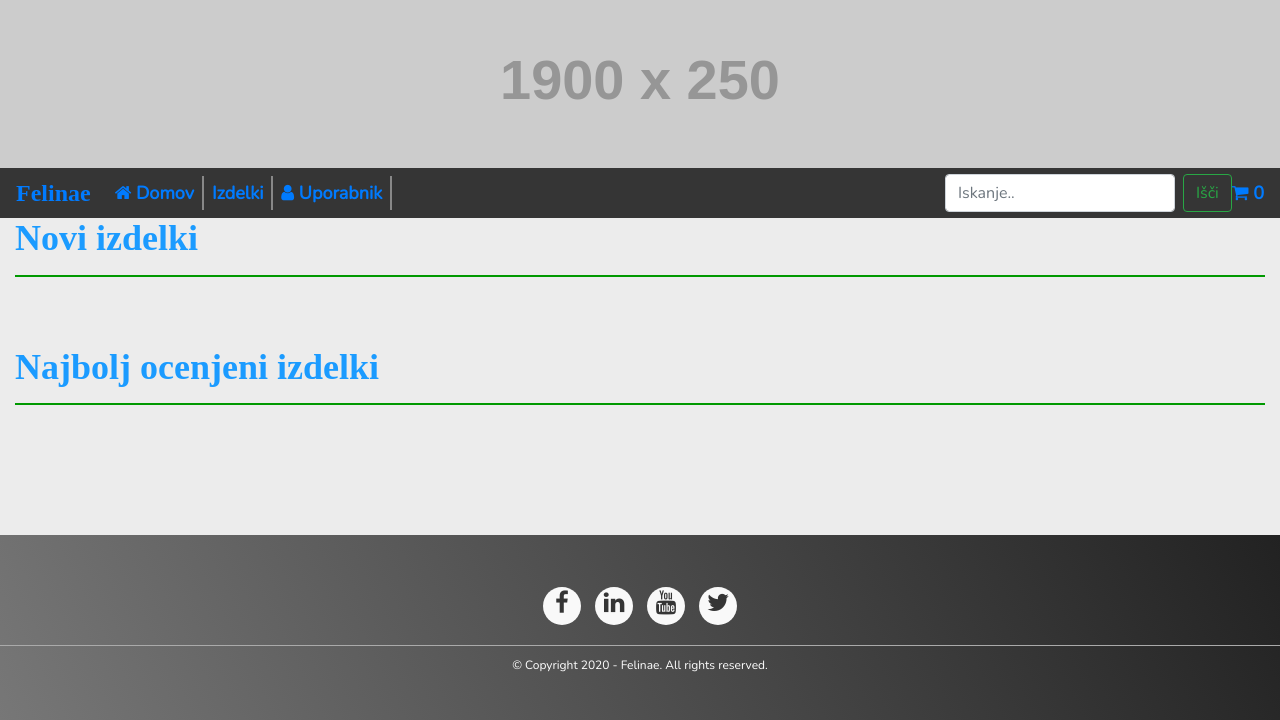
Repository: UrbyK/Felinae
Page: http://localhost/
An editor plug-in stored every save of this project. The page is shown before and after the next save, followed by the edit.
The browser window is 1280 px wide. The pictures show the whole page.
Some web fonts or font styles are not loaded; a fallback is used. The page is run by PHP 8.4 with error messages shown; the project is at /var/www/html/. Queries for data that is not in the repository find no rows.

Above is the page before, as saved 2020-09-14 19:21:28.

### index.php
<?php
    session_start();

    include './functions.php';

    $pdo = pdo_connect_mysql();

    $_GET   = filter_input_array(INPUT_GET, FILTER_SANITIZE_STRING);
    $_POST  = filter_input_array(INPUT_POST, FILTER_SANITIZE_STRING);

    $page = isset($_GET['page']) && file_exists($_GET['page']. '.php') ? $_GET['page'] : 'home';
    include $page . '.php';

    // @todo will fix later
    template_footer();

?>

### functions.php
<?php
    include './src/inc/dbh.inc.php';

    include_once('./src/inc/search-functions.php');
    include_once('./src/inc/picture-upload.inc.php');
    require_once('./products-form.php');


    /*function template_products($products) {
        require_once('./products-form.php');
    }*/

    function template_header($title) {
        include_once('./header.php');
    }

    function template_footer() {
        include_once './footer.php';
    }

    function user_login_status() {
        if(isset($_SESSION['logged_in']) && !empty($_SESSION['logged_in'])
                && isset($_SESSION['user_id']) && !empty($_SESSION['user_id'])) {
            return true;
        }
        return false;
    }

    function is_admin() {
        if(isset($_SESSION['admin']) && !empty($_SESSION['admin'])) {
            return true;
        }
    }

    function countries() {
        $pdo = pdo_connect_mysql();
        $stmt = $pdo->prepare("SELECT * FROM country");
        $stmt->execute();
        $result = $stmt->fetchAll(PDO::FETCH_ASSOC);
        return $result;
    }

    function slugify($string) {
        return strtolower(trim(preg_replace('/[^A-Za-z0-9-]+/', '-', $string), '-'));
    }

    function get_image($product_id) {
        $pdo = pdo_connect_mysql();
        $stmt = $pdo->prepare("SELECT * FROM product_image WHERE product_id = ?");
        $stmt->execute([$product_id]);
        $result = $stmt->fetchAll(PDO::FETCH_ASSOC);
        return $result;
    }

    function retail_price($product_id) {
        $pdo = pdo_connect_mysql();
        $stmt = $pdo->prepare("SELECT * FROM product WHERE ID = ?");
        $stmt->execute([$product_id]);
        $product = $stmt->fetch();

        if($product['startsAt'] <= date('Y-m-d H:i:s') && date('Y-m-d H:i:s') <= $product['endsAt']){
            $retail_price = round($product['price']-($product['price']*($product['discount']/100)), 2);
        }
        else{
            $retail_price = $product['price'];
        }

        return $retail_price;

    }

    function get_review_by_procuct($product_id) {
        $pdo = pdo_connect_mysql();
        $query = "SELECT * FROM review WHERE product_id = ? ORDER BY id DESC";
        $stmt = $pdo->prepare($query);
        $stmt->execute([$product_id]);
        $reviews = $stmt->fetchAll(PDO::FETCH_ASSOC);
        return $reviews;
    }

    function get_username($account_id) {
        $pdo = pdo_connect_mysql();
        $query = "SELECT username FROM account WHERE id = ?";
        $stmt = $pdo->prepare($query);
        $stmt->execute([$account_id]);
        $user = $stmt->fetch();
        return $user;
    }

    function items_in_cart() {
        $items = $_SESSION['cart'];
        $num_of_items = 0;
        foreach($items as $item) {
            $num_of_items += $item[1];
        }
        return $num_of_items;
    }


    function average_rating($product_id) {
        $pdo = pdo_connect_mysql();
        $query  = "SELECT rating FROM review WHERE product_id = ?";
        $stmt = $pdo->prepare($query);
        $stmt->execute([$product_id]);
        $items = $stmt->fetchAll(PDO::FETCH_ASSOC);
        $i=0;
        $sum = 0;
        $average = 0;
        foreach($items as $item) {
            if($item['rating'] > 0){

                $i++;
                $sum += $item['rating'];
            }
        }
        if($i!=0) $average = $sum / $i;
        return $average;
    }


    function all_products(){
        $pdo = pdo_connect_mysql();
        $query = "SELECT * FROM product WHERE title LIKE '%?%'";
        $stmt = $pdo->prepare($query);
        $stmt->execute(['test']);
        $result = $stmt->fetchAll(PDO::FETCH_ASSOC);
        return $result;
    }

    function new_products(){
        $pdo = pdo_connect_mysql();
        $query ="SELECT * FROM product ORDER BY publishedAt DESC LIMIT 6";
        $stmt = $pdo->prepare($query);
        $stmt->execute();
        $result = $stmt->fetchAll(PDO::FETCH_ASSOC);
        return $result;
    }

    function best_rated(){
        $pdo = pdo_connect_mysql();
        $query ="SELECT avg(rating), product_id FROM review GROUP BY product_id ORDER BY avg(rating) DESC LIMIT 6";
        $stmt = $pdo->prepare($query);
        $stmt->execute();
        $result = $stmt->fetchAll(PDO::FETCH_ASSOC);
        return $result;
    }

    function get_product($id){
        $pdo = pdo_connect_mysql();
        $query ="SELECT * FROM product WHERE id = ?";
        $stmt = $pdo->prepare($query);
        $stmt->execute([$id]);
        $result = $stmt->fetchAll(PDO::FETCH_ASSOC);
        return $result;
    }

    function on_sale(){
        $pdo = pdo_connect_mysql();
        $query ="SELECT * FROM product WHERE ? BETWEEN startsAt AND endsAt;";
        $stmt = $pdo->prepare($query);
        $stmt->execute([date('Y-m-d H:i:s')]);
        $result = $stmt->fetchAll(PDO::FETCH_ASSOC);
        return $result;
    }




?>

### src/inc/dbh.inc.php
<?php
    function pdo_connect_mysql(){
        /* credentials */
        $dbHost = 'localhost';
        $dbUser = 'root';
        $dbPass = '';
        $dbName = 'felinae';

        try{
            return new PDO('mysql:host=' . $dbHost . ';dbname=' . $dbName . ';charset=utf8', $dbUser, $dbPass);
        } catch (PDOException $exception) {
            // If there is an error with the connection, stop the script and display the error.
            die ('Failed to connect to database!'. $exception->getMessage());
        }
    }
?>

### src/inc/search-functions.php
<?php
    function get_city($pdo, $city, $postalCode, $country_id){

        $query = "SELECT * FROM city WHERE country_id = ? AND lower(city) LIKE lower(?) AND postalCode = ?";
        $stmt = $pdo->prepare($query);
        $stmt->execute([$country_id, $city, $postalCode]);
        return $stmt;
    }
?>

### src/inc/picture-upload.inc.php
<?php

    function image_upload($product_id, $url, $caption, $i){

        $pdo = pdo_connect_mysql();
        $target_dir = "./uploads/";
        $relative_dir = "./uploads/";

        $change_name = date("Y-m-d-h-i-s")."-".$product_id."-".basename($url);
        $change_name;
        $target_file = $target_dir . $change_name;
        $relative_file = $relative_dir . $change_name;

        $uploadOk = 1;
        $imageFileType = strtolower(pathinfo($target_file,PATHINFO_EXTENSION));

        if(isset($_POST["submit"])) {
            $check = getimagesize($_FILES["image"]["tmp_name"][$i]);
            if($check !== false) {
                //echo "File is an image - " . $check["mime"] . ".";
                $uploadOk = 1;
            } else {
                //echo "File is not an image.";
                $uploadOk = 0;
            }
        }

        if($imageFileType != "jpg" && $imageFileType != "png" && $imageFileType != "jpeg"
        && $imageFileType != "gif" ) {
            $uploadOk = 0;
        }

        if ($uploadOk == 1) {
            if (move_uploaded_file($_FILES["image"]["tmp_name"][$i], $target_file)) {
                //vse je ok, zapišem še v bazo
                $query = "INSERT INTO product_image(product_id, image, caption) VALUES (?,?,?)";
                $stmt = $pdo->prepare($query);
                $stmt->execute([$product_id, $relative_file, $caption]);
            }
        }
    }

?>

### products-form.php
 <?php function template_products($products){ ?>
    <div class="row">
        <?php foreach($products as $product):
            $retail_price = retail_price($product['id']);
            if($product['publishedAt'] <= date('Y-m-d H:i:s')): ?>

            <div class="card products-preview col-12 col-sm-7 col-md-4 col-lg-3 col-xl-2">
                <div class="hvrbox">
                    <a href="./index.php?page=product&id=<?=$product['id']?>">
                        <?php $images = get_image($product['id']);
                        if($images): ?>
                            <img src="<?=$images[0]['image']?>" alt="<?=$images[0]['caption']?>"
                                class="card-img-top hvrbox-layer_bottom img-thumbnail">
                        <?php else: ?>
                            <img src="https://via.placeholder.com/210x190" alt="placeholder-image"
                                class="card-img-top hvrbox-layer_bottom img-thumbnail">
                        <?php endif; ?>
                        <div class="hvrbox-layer_top hvrbox-layer_slideup">
                            <p class="hvrbox-text"><?php
                                    if(strlen($product['summary']) > 80){
                                        echo substr($product['summary'], 0, 80) . '...';
                                    } else{
                                        echo $product['summary'];
                                    }
                                    ?>
                            </p>
                        </div><!-- hvrbox-layer_top hvrbox-layer_slideup -->
                    </a>
                </div><!-- hvrbox -->

                <div class="card-body products-preview-body">
                    <ul>
                    <?php for($i=0; $i<5; $i++):
                        if($i<average_rating($product['id'])): ?>
                            <span class="fa fa-star checked"></span>
                        <?php else: ?>
                            <span class="fa fa-star"></span>
                        <?php endif;
                     endfor; ?>

                        <li><a href="./index.php?page=product&id=<?=$product['id']?>"><span class="product-name"><?=$product['title']?></span></a></li><br>

                        <?php if($product['startsAt'] <= date('Y-m-d H:i:s') && date('Y-m-d H:i:s') <= $product['endsAt']): ?>
                            <li>

                                <del class="price old-price"><?=$product['price']?>&euro;</del>
                                <span class="discount">-<?=$product['discount']?>%</span><br/>
                                <span class="retail-price price"><?=$retail_price?>&euro;</span>
                            </li>
                            <li><?=date('j.n', strtotime($product['startsAt']))?> - <?=date('j.n', strtotime($product['endsAt']))?></li>
                        <?php else: ?>
                            <li><span class="price"><?=$retail_price?>&euro;</span></li>
                        <?php endif; ?>
                    </ul>
                </div><!-- card-body products-preview-body -->

                <div class="card-btn">
                    <?php if($product['quantity'] == 0): ?>
                        <span class="quantity-limit text-center text-danger">Zmanjkalo zalog!</span>
                    <?php else: ?>
                        <span class="quantity-limit text-right"><?=$product['quantity']?>/<?=$product['sku']?></span>
                    <?php endif; ?>
                    <form action="./index.php?page=cart" method="post">
                        <input type="number" name="quantity" value="0" min="1" max="<?=$product['quantity']?>" placeholder="Količina" required>
                        <input type="hidden" name="product_id" value="<?=$product['id']?>">
                        <input type="submit" class="insert-cart" value="Dodaj v košarico" <?php if($product['quantity'] == 0){?> disabled <?php }?>>
                    </form>
                </div><!-- card-btn -->

            </div><!-- card products-preview col-12 col-sm-7 col-md-4 col-lg-3 col-xl-2 -->

            <?php endif;
        endforeach; ?>
    </div><!-- row -->

<?php } ?>

### home.php
<?=template_header('Home')?>
<div class="wrapper">
<h1>Novi izdelki</h1>
<hr class="wrapper-devider">
    <div class="wrapper-inner">
        <?=template_products(new_products())?>
    </div>
</div>

<?php if(on_sale()): ?>
<div class="wrapper">
<h1>Razprodaja</h1>
<hr class="wrapper-devider">
    <div class="wrapper-inner">
        <?=template_products(on_sale())?>
    </div>
</div>
<?php endif;?>


<div class="wrapper">
<h1>Najbolj ocenjeni izdelki</h1>
<hr class="wrapper-devider">
    <div class="wrapper-inner">
        <?php
            $products_array = array();
            foreach(best_rated() as $item):
                $products_array = array_merge($products_array, get_product($item['product_id']));
            endforeach;
            template_products($products_array);
        ?>
    </div>
</div>


<?=template_footer()?>

### header.php
<!DOCTYPE html>
<html>
    <head>
        <meta charset="utf-8" content="text/html"/>
        <meta name="viewport" content="width=device-width, intital-scale=1.0"/>

        <!-- JavaScript -->
        <script src="https://code.jquery.com/jquery-3.5.1.js" integrity="sha256-QWo7LDvxbWT2tbbQ97B53yJnYU3WhH/C8ycbRAkjPDc=" crossorigin="anonymous"></script>
        <!-- Boostrap -->
            <!-- CSS -->
        <link rel="stylesheet" href="https://stackpath.bootstrapcdn.com/bootstrap/4.5.0/css/bootstrap.min.css"
            integrity="sha384-9aIt2nRpC12Uk9gS9baDl411NQApFmC26EwAOH8WgZl5MYYxFfc+NcPb1dKGj7Sk" crossorigin="anonymous" />

            <!-- JavaScript -->
        <script src="https://stackpath.bootstrapcdn.com/bootstrap/4.5.0/js/bootstrap.bundle.min.js"
             integrity="sha384-1CmrxMRARb6aLqgBO7yyAxTOQE2AKb9GfXnEo760AUcUmFx3ibVJJAzGytlQcNXd" crossorigin="anonymous"></script>

        <!-- FONTAWESOME -->
        <link rel="stylesheet" href="https://stackpath.bootstrapcdn.com/font-awesome/4.7.0/css/font-awesome.min.css" integrity="sha384-wvfXpqpZZVQGK6TAh5PVlGOfQNHSoD2xbE+QkPxCAFlNEevoEH3Sl0sibVcOQVnN"
         crossorigin="anonymous">

         <script src="./src/js/active-menu.js" crossorigin="anonymous"></script>

         <!--CUSTOM CSS-->
         <link rel="stylesheet" href="./src/css/style.css">

        <title>Felinae</title>
    </head>

    <body>

        <header>
            <div class="banner"><img src="https://via.placeholder.com/1900x250" alt="banner"></div>
        </header>

       <!-- <nav class="navbar sticky-top navbar-expand-lg navbar-light bg-light ">-->
        <nav class="navbar sticky-top navbar-expand-lg">
            <a class="navbar-brand" href="#">Felinae</a>
            <button class="navbar-toggler ml-auto custom-toggler" type="button" data-toggle="collapse" data-target="#navbarSupportedContent" aria-controls="navbarSupportedContent" aria-expanded="false" aria-label="Toggle navigation">
                <span class="navbar-toggler-icon"></span>
            </button>

            <div class="collapse navbar-collapse" id="navbarSupportedContent">

                <ul class="navbar-nav mr-auto">
                    <li class="nav-item">
                        <a class="nav-link" href="./index.php"><i class="fa fa-home" aria-hidden="true"></i> Domov <span class="sr-only">(current)</span></a>
                    </li>

                    <li class="nav-item">
                        <a class="nav-link" href="./index.php?page=products">Izdelki</a>
                    </li>

                    <li class="nav-item dropdown user-dropdown">
                        <a class="nav-link" data-toggle="dropdown" href="#" role="button" aria-haspopup="true" aria-expanded="false"><i class="fa fa-user"></i> Uporabnik</a>
                        <div class="dropdown-menu">

                            <?php if(empty($_SESSION['logged_in'])): ?>
                                <a class="dropdown-item" href="./index.php?page=login" title="Login"><i class="fa fa-sign-in"></i> Prijava</a>
                                <a class="dropdown-item" href="./index.php?page=register-user" title="Register">Registracija</a>
                            <?php endif; ?>

                            <?php if(user_login_status()): ?>
                                <a class="dropdown-item" href="./index.php?page=logout"><i class="fa fa-sign-out"></i> Oddjava</a>
                                <a class="dropdown-item" href="./index.php?page=profile" title="Profile"><i class="fa fa-id-card"></i> Profil</a>
                            <?php endif; ?>

                        </div>
                    </li>
<!--
                    <li class="nav-item dropdown" >
                        <a class="nav-link dropdown-toggle" href="#" id="navbarDropdown" role="button" data-toggle="dropdown" aria-haspopup="true" aria-expanded="false">
                        Dropdown
                        </a>
                        <div class="dropdown-menu" aria-labelledby="navbarDropdown">
                        <a class="dropdown-item" href="#">Action</a>
                        <a class="dropdown-item" href="#">Another action</a>
                        <div class="dropdown-divider"></div>
                        <a class="dropdown-item" href="#">Something else here</a>
                        </div>
                    </li>
                            -->

                    <?php if(is_admin()): ?>
                    <li class="nav-item">
                        <a class="nav-link" href="./index.php?page=product-add">Dodaj</a>
                    </li>

                    <?php endif; ?>

                </ul>

                <form method="GET" class="form-inline my-2 my-lg-0 search-area" action="./search.php">
                    <input class="form-control mr-sm-2" type="text" name="search" placeholder="Iskanje..">
                    <button class="btn btn-outline-success my-2 my-sm-0" name="search_btn" type="submit">Išči</button>
                </form>

                <?php $num_items_in_cart = isset($_SESSION['cart']) ? array_sum($_SESSION['cart']) : 0;?>
                <div class="link-icons">
                    <a href="index.php?page=cart">
                    <i class="fa fa-shopping-cart"></i>
                    <span><?=$num_items_in_cart?></span>
                    </a>
                </div>

            </div>
        </nav>

    <div class="container-fluid">

### footer.php
    </div><!-- class="container-fluid" --->

        <footer class="page-footer font-small flow-footer" id="footer" role="contentinfo">
            <div class="footer-wrapper">
                <div class="container container-footer">
                    <div class="row text-center">
                        <div class="col-12">
                            <ul class="social-network social-circle">
                                <li><a href="https://www.facebook.com" target="_blank" class="icoFacebook" title="Facebook"><i class="fa fa-facebook-f"></i></a></li>
                                <li><a href="https://www.linkedin.com" target="_blank" class="icoLinkedin" title="Linkedin"><i class="fa fa-linkedin"></i></a></li>
                                <li><a href="https://www.youtube.com" target="_blank" class="icoYoutube" title="Youtube"><i class="fa fa-youtube"></i></a></li>
                                <li><a href="https://twitter.com" target="_blank" class="icoTwitter" title="Twitter"><i class="fa fa-twitter"></i></a></li>
                            </ul>
                        </div><!-- col-12 -->
                    </div> <!-- row text-center -->
                </div><!-- container container-footer -->
                <div class="row">
                    <div class="col-12 copy">
                        <p class="text-center">&copy; Copyright 2020 - Felinae.  All rights reserved.</p>
                    </div><!--  col-12 copy-->
                </div><!-- row -->
            </div><!-- footer-wrapper -->
        </footer>





    </body>
</html>

Loaded but not shown: src/js/active-menu.js (12 lines, source omitted); src/css/style.css (821 lines, source omitted)

After the next save:
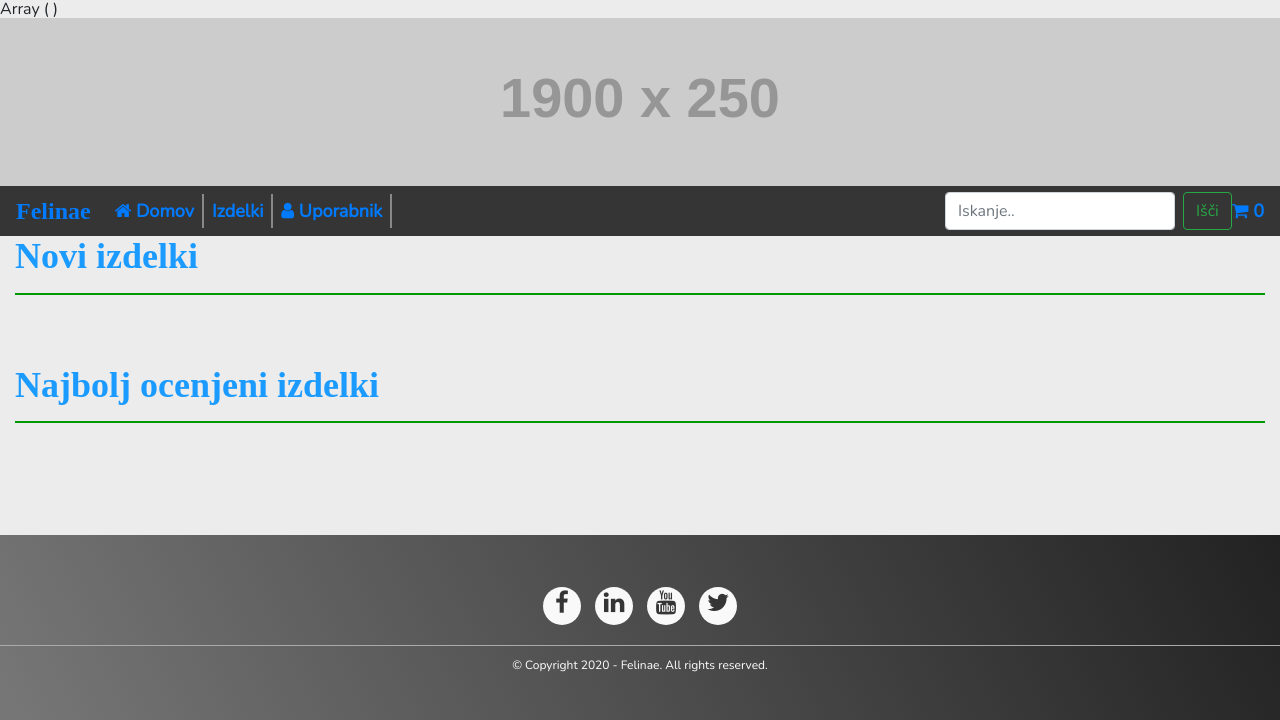
Saved 33 min 36 s later.
--- a/home.php
+++ b/home.php
@@ -1,3 +1,6 @@
+<?php
+    print_r($_SESSION);
+?>
 <?=template_header('Home')?>
 <div class="wrapper">
 <h1>Novi izdelki</h1>
